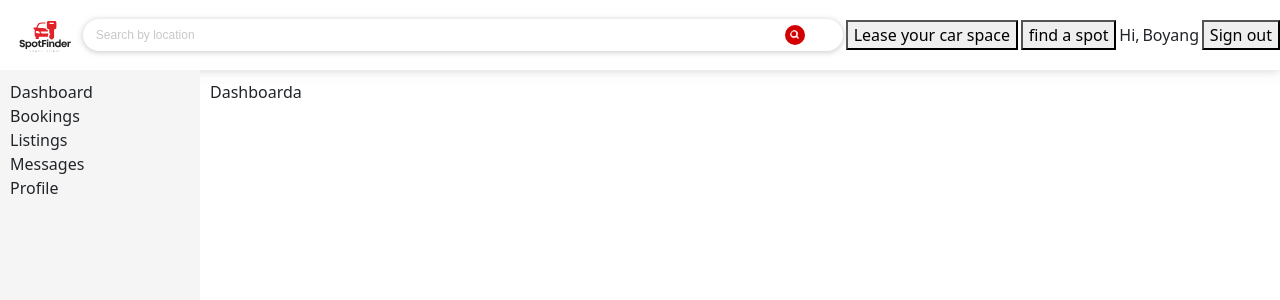
Repository: UNSWSpotFinder/SpotFinder
Page: /dashboard (app in frontend/)
The author's editor kept a copy of each file at every save. The page is drawn from the files as they stood at one save, then again after a run of saves.
The browser window is 1280 px wide. The pictures show the whole page.
The project was rebuilt for these pictures with package versions that can differ from the ones it lists, and the page was loaded fresh each time. Also part of the build but not shown: frontend/src/Login.css, frontend/src/Login.jsx, frontend/src/Regist.css, frontend/src/Regist.jsx, frontend/src/HomePage.jsx, frontend/src/App.css, frontend/src/components/Bookings.jsx, frontend/src/components/Listings.jsx and 2 more.

Above is the page before, as saved 2024-03-09 18:59:26.

After the next 2 saves:
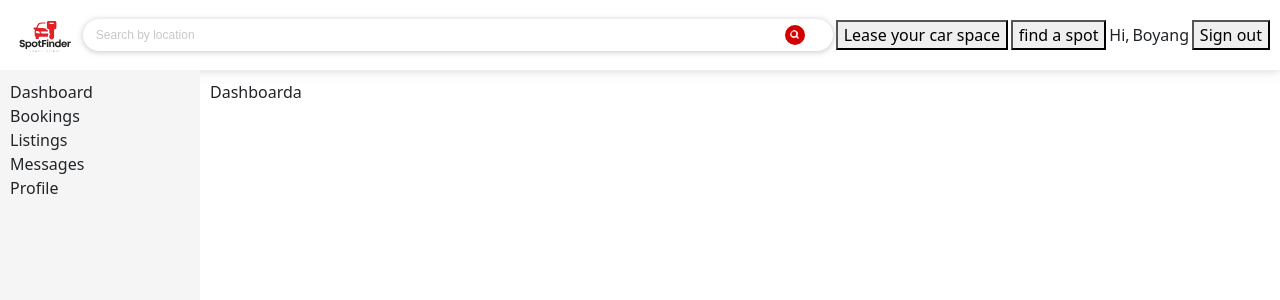
The 2 saves are shown as one change because they came seconds apart.
The last was saved 16 s later.
--- a/frontend/src/components/DashboardTop.css
+++ b/frontend/src/components/DashboardTop.css
@@ -8,21 +8,7 @@
   }
 
 /* 整体布局 */
-  div.Navbar{
-    width: 100%;
-    height: 70px;
-    margin: 0px 10px 0px 0px;
-    padding: 0px;
-    display: flex;
-    align-items: center;
-    justify-content: space-between;
-    box-shadow: 0px 0px 10px 0px rgba(164, 164, 164, 0.5);
- }
 
-  img.Applogo{
-    height: 100%;
-    margin: 0px 0px 0px 10px;
-  }
 
 
    /* 内容区域样式，包含侧边导航和主内容区 */
